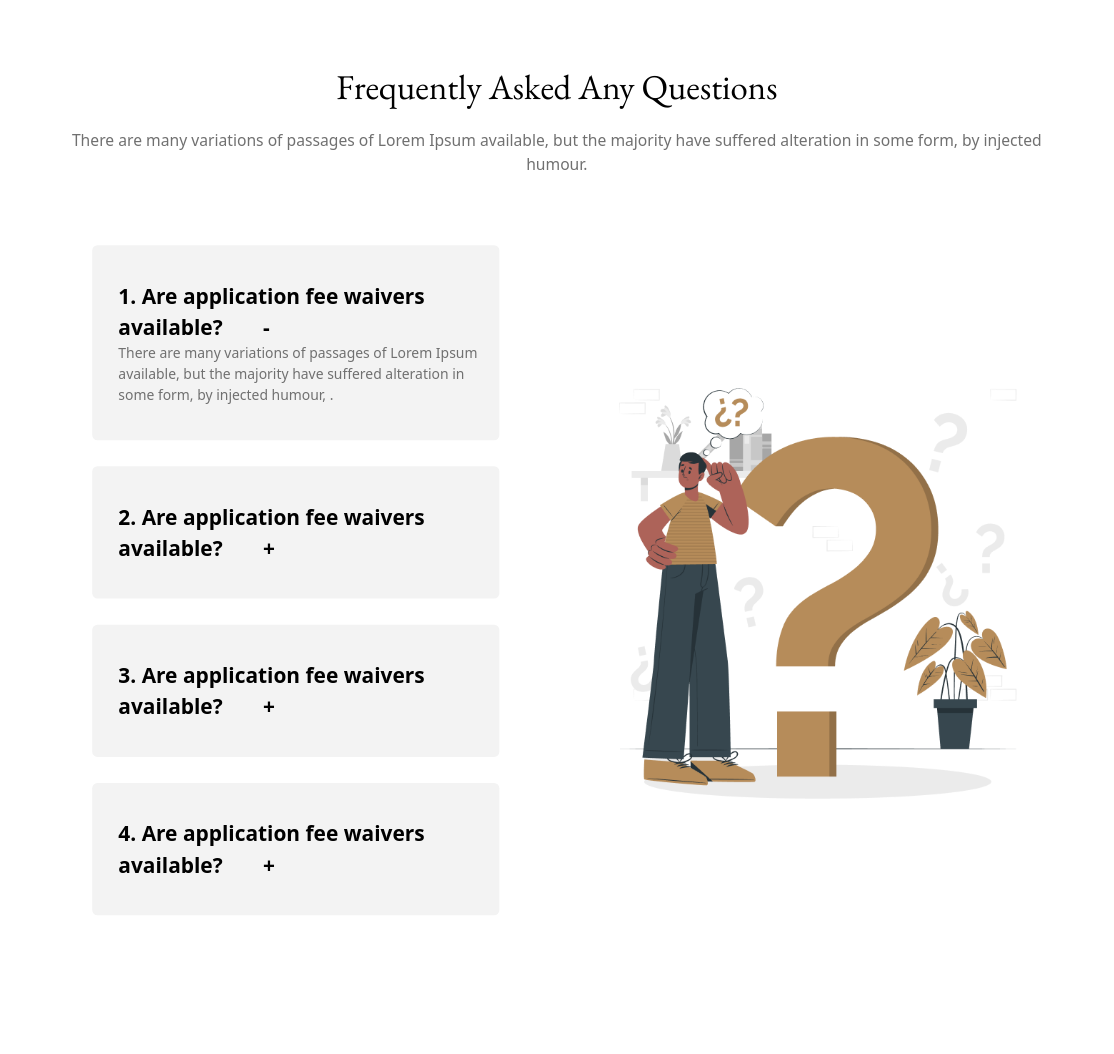
Repository: nahid-hasann/website-6
Page: index.html
The author's editor kept a copy of each file at every save. The page is drawn from the files as they stood at one save, then again after a run of saves.
The browser window is 1280 px wide. The pictures show the whole page, at 87% of full size.

Above is the page before, as saved 2025-07-21 16:01:19.

### index.html
<!DOCTYPE html>
<html lang="en">
<head>
    <meta charset="UTF-8">
    <meta name="viewport" content="width=device-width, initial-scale=1.0">
    <script src="https://cdn.jsdelivr.net/npm/@tailwindcss/browser@4"></script>
    <title>Document</title>
    <link rel="stylesheet" href="style.css">
    <link rel="stylesheet" href="https://cdnjs.cloudflare.com/ajax/libs/font-awesome/6.7.2/css/all.min.css" integrity="sha512-Evv84Mr4kqVGRNSgIGL/F/aIDqQb7xQ2vcrdIwxfjThSH8CSR7PBEakCr51Ck+w+/U6swU2Im1vVX0SVk9ABhg==" crossorigin="anonymous" referrerpolicy="no-referrer" />
</head>
<body>

<header class="hidden">

<div class="flex mx-auto w-[1170px]  justify-between items-center my-[30px] ">
    <div>
        <img src="images/logo2.png" alt="">
    </div>
    <div>
        <ul class="flex gap-[20px] text-[#707070]">
            <li><a href="">Home</a></li>
            <li><a href="">Service<i class="fa-solid fa-angle-right ml-[10px]"></i></a></li>
            <li><a href="">Cases<i class="fa-solid fa-angle-right ml-[10px]"></i></a></li>
            <li><a href="">Blog<i class="fa-solid fa-angle-right ml-[10px]"></i></a></li>
            <li><a href="">Contact us<i class="fa-solid fa-angle-right ml-[10px]"></i></a></li>
        </ul>
    </div>
    <div>
        <button class="bg-[#b68c59] py-[12px] px-[22px] text-white rounded-md" >Free Consultation</button>
    </div>
</div>


<div class="banner-img w-[1170px] h-[550px] mx-auto  flex flex-col items-center justify-center mt-[60px] mb-[130px]">
      <div class="banner-content w-[692px]">
         <h1 class="text-[72px] text-center text-white leading-none">We Provide Effective  Legal Solutions</h1>
       <p class="my-[30px] text-center  text-[#E7E7E7]">There are many variations of passages of Lorem Ipsum available, but the majority have suffered alteration in some form, by injected humour.</p>
       <div class="flex justify-center gap-[40px]">
        <input class="bg-white py-[12px] px-[30px] pr-[70px] w-[500px] rounded-md" type="text" name="" placeholder="Search your services" id="">
        <button class="bg-[#b68c59] py-[12px] px-[22px] text-white rounded-md" >Search</button>
       </div>
      </div>
</div>


</header>


<main>
    <section class="card-section xl:w-[1170px] mx-auto lg:mb-[130px] hidden">
        <div class="card-content">
            <h1 class="eb-garamond-ok text-[40px] text-center ">The Legal Practice Area</h1>
            <p class="text-center text-[#707070] my-[20px]">There are many variations of passages of Lorem Ipsum available, but the majority have <br> suffered alteration in some form, by injected humour.</p>
        </div>

        <div class="card-div mt-[100px] grid grid-cols-3">
            <div class="card py-[70px]  border-r border-[#E7E7E7]  border-b  flex flex-col items-center justify-center text-center">
                  <img src="images/business.png" alt="">
                  <h1 class="text-[32px] my-[15px]">Business Law</h1>
                  <p class="text-[#707070] w-[258px] mb-[15px]">There are many variations of passages of Lorem Ipsum available, but the majority have suffered alteration in some form, by injected humour.</p>
                  <img src="images/Frame.png" alt="">
            </div>

             <div class="card bg-[linear-gradient(to_bottom,_#f3f3f3,_#ffffff)]   py-[70px] border-[#E7E7E7] border-r border-b flex flex-col items-center justify-center text-center">
                  <img src="images/criminal.png" alt="">
                  <h1 class="text-[32px] my-[15px]">Criminal Law</h1>
                  <p class="text-[#707070] w-[258px] mb-[15px]">There are many variations of passages of Lorem Ipsum available, but the majority have suffered alteration in some form, by injected humour.</p>
                  <img src="images/Frame.png" alt="">
            </div>

             <div class="card  py-[70px] border-[#E7E7E7] border-b flex flex-col items-center justify-center text-center">
                  <img src="images/child.png" alt="">
                  <h1 class="text-[32px] my-[15px]">Child Support</h1>
                  <p class="text-[#707070] w-[258px] mb-[15px]">There are many variations of passages of Lorem Ipsum available, but the majority have suffered alteration in some form, by injected humour.</p>
                  <img src="images/Frame.png" alt="">
            </div>

             <div class="card border-r border-[#E7E7E7]  py-[70px] flex flex-col items-center justify-center text-center">
                  <img src="images/education.png" alt="">
                  <h1 class="text-[32px] my-[15px]">Education Law</h1>
                  <p class="text-[#707070] w-[258px] mb-[15px]">There are many variations of passages of Lorem Ipsum available, but the majority have suffered alteration in some form, by injected humour.</p>
                  <img src="images/Frame.png" alt="">
            </div>

             <div class="card border-r border-[#E7E7E7]  py-[70px] flex flex-col items-center justify-center text-center">
                  <img src="images/divorce.png" alt="">
                  <h1 class="text-[32px] my-[15px]">Divorce Law</h1>
                  <p class="text-[#707070] w-[258px] mb-[15px]">There are many variations of passages of Lorem Ipsum available, but the majority have suffered alteration in some form, by injected humour.</p>
                  <img src="images/Frame.png" alt="">
            </div>

             <div class="card  py-[70px] flex flex-col items-center justify-center text-center">
                  <img src="images/tax.png" alt="">
                  <h1 class="text-[32px] my-[15px]">Tax Law</h1>
                  <p class="text-[#707070] w-[258px] mb-[15px]">There are many variations of passages of Lorem Ipsum available, but the majority have suffered alteration in some form, by injected humour.</p>
                  <img src="images/Frame.png" alt="">
            </div>
        </div>
    </section>

    <section class="question-section lg:mb-[130px] xl:w-[1170px] sm:my-[70px] mx-auto">
         <h1 class="eb-garamond-ok xl:text-[40px] lg:text-[30px] sm:text-[25px] text-center">Frequently Asked Any Questions</h1>
         <p class="xl:text-[18px] text-center text-[#707070] mt-[18px] sm:text-[13px] sm:px-[20px] mb-[40px]">There are many variations of passages of Lorem Ipsum available, but the majority have suffered alteration in some form, by injected humour.</p>

         <div class="ques-img lg:flex lg:justify-around lg:items-center lg:gap-[30px] lg:mt-[80px] ">
             <div class="lg:w-[40%]">
                 <div class=" bg-[#f3f3f3] pl-[30px] py-[40px] rounded-md mb-[30px]">
                    <h1 class="lg:text-[24px] font-extrabold">1. Are application fee waivers available? <span class="ml-[40px]">-</span> </h1>
                    <p class="text-[#707070]">There are many variations of passages of Lorem Ipsum available, but the majority have suffered alteration in some form, by injected humour, . </p>
                 </div>
                 <div class=" bg-[#f3f3f3] pl-[30px] py-[40px] rounded-md mb-[30px]">
                    <h1 class="lg:text-[24px] font-extrabold">2. Are application fee waivers available? <span class="ml-[40px]">+</span> </h1>
                 </div>
                 <div class=" bg-[#f3f3f3] pl-[30px] py-[40px] rounded-md mb-[30px]">
                    <h1 class="lg:text-[24px] font-extrabold">3. Are application fee waivers available? <span class="ml-[40px]">+</span> </h1>
                 </div>
                 <div class=" bg-[#f3f3f3] pl-[30px] py-[40px] rounded-md mb-[30px]">
                    <h1 class="lg:text-[24px] font-extrabold">4. Are application fee waivers available? <span class="ml-[40px]">+</span> </h1>
                 </div>
             </div>
             <div class="lg:w-[40%]">
                <img src="images/faq.png" alt="" class="max-w-full">
             </div>
         </div>
    </section>
</main>





</body>
</html>

### style.css
@import url('https://fonts.googleapis.com/css2?family=EB+Garamond:ital,wght@0,400..800;1,400..800&display=swap');


.eb-garamond-ok {
  font-family: "EB Garamond", serif;
  font-optical-sizing: auto;
  font-style: normal;
}


.banner-img{
    background-image: linear-gradient(rgba(0, 0, 0, 0.5), rgba(0, 0, 0, 0.5)), url('images/banner.png');
}

After the next 2 saves:
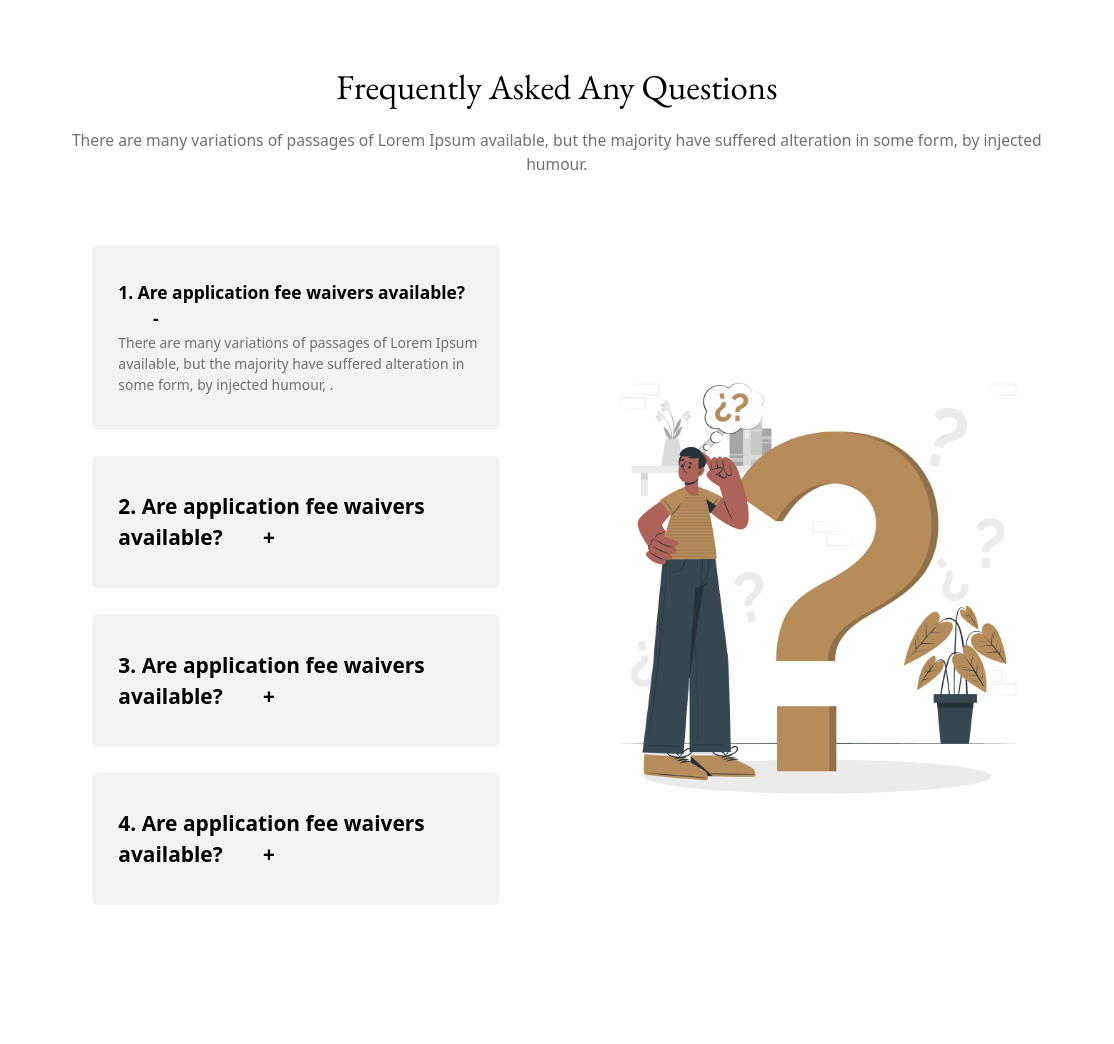
The 2 saves are shown as one change because they came seconds apart.
The last was saved 27 s later.
--- a/index.html
+++ b/index.html
@@ -105,7 +105,7 @@
          <div class="ques-img lg:flex lg:justify-around lg:items-center lg:gap-[30px] lg:mt-[80px] ">
              <div class="lg:w-[40%]">
                  <div class=" bg-[#f3f3f3] pl-[30px] py-[40px] rounded-md mb-[30px]">
-                    <h1 class="lg:text-[24px] font-extrabold">1. Are application fee waivers available? <span class="ml-[40px]">-</span> </h1>
+                    <h1 class="lg:text-[20px] font-extrabold">1. Are application fee waivers available? <span class="ml-[40px]">-</span> </h1>
                     <p class="text-[#707070]">There are many variations of passages of Lorem Ipsum available, but the majority have suffered alteration in some form, by injected humour, . </p>
                  </div>
                  <div class=" bg-[#f3f3f3] pl-[30px] py-[40px] rounded-md mb-[30px]">
